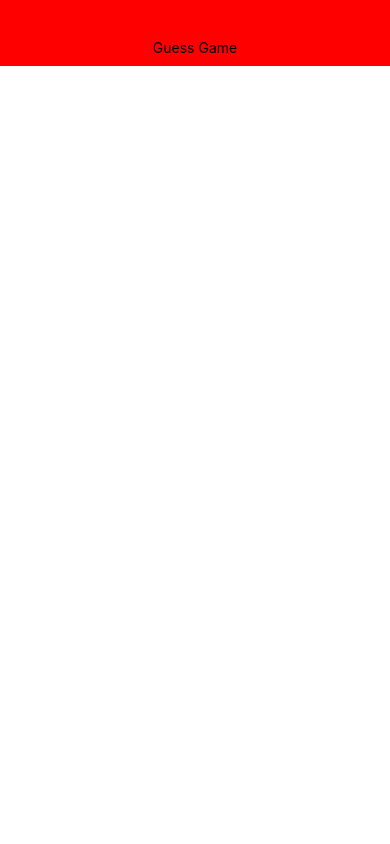
Repository: Celebration-cloud/Guess-number
Screen: /
An editor plug-in stored every save of this project. The screen is shown before and after a run of saves, followed by the edit.
The app was drawn by React Native's web renderer in a window 390 px wide. The project was rebuilt for these pictures with package versions that can differ from the ones it lists, and the page was loaded fresh each time.

Above is the screen before, as saved 2024-06-10 12:38:18.

### App.js
import { StatusBar } from "expo-status-bar";
import { StyleSheet, Text, View } from "react-native";
import Heading from "./components/header/Heading";

export default function App() {
  return (
    <View style={styles.container}>
      <Heading/>
      <StatusBar style="auto" />
    </View>
  );
}

const styles = StyleSheet.create({
  container: {
    flex: 1,
    alignItems: "center",
  },
});

### components/header/Heading.jsx
import React from "react";
import { Text, StyleSheet, View } from "react-native";

export default function Heading() {
  return (
    <View style={styles.header}>
      <Text style={styles.title}> Guess Game </Text>
    </View>
  );
}

const styles = StyleSheet.create({
    header: {
        backgroundColor: "red",
        color: "white",
        width: "100%",
        paddingTop: "10%",
        padding: 10,
        alignItems: "center",
    },
    title: {

    }
});

After the next 6 saves:
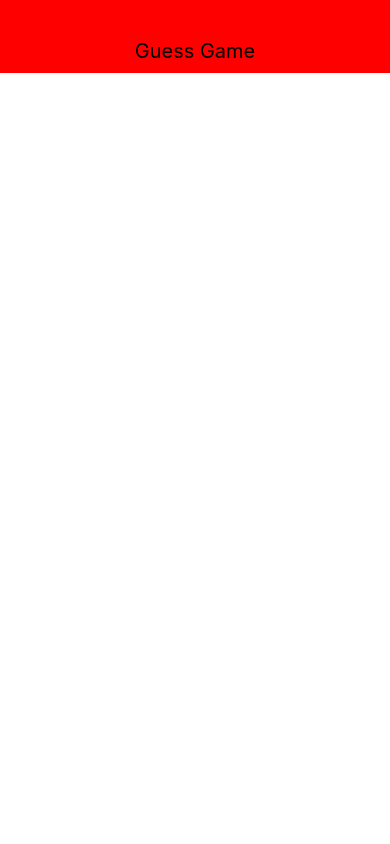
The 6 saves are shown as one change because 1 did not build or start and some came seconds apart.
The last was saved 90 s later.
--- a/components/header/Heading.jsx
+++ b/components/header/Heading.jsx
@@ -19,6 +19,6 @@ const styles = StyleSheet.create({
         alignItems: "center",
     },
     title: {
-
+      fontSize: 20
     }
 });
